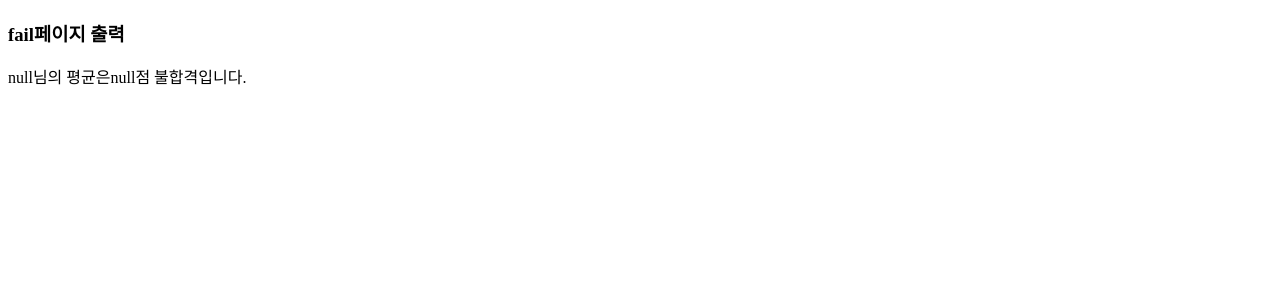
Repository: Muji1412/JSPstudy
Page: http://localhost/JSPbasic/actiontag/Quiz02_fail.jsp
The author's editor kept a copy of each file at every save. The page is drawn from the files as they stood at one save, then again after the next save.
The browser window is 1280 px wide. The pictures show the whole page.
The page is served by Tomcat 9. Nobody is signed in. The application's start-up code is not run.

Above is the page before, as saved 2025-02-21 06:05:10.

After the next save:
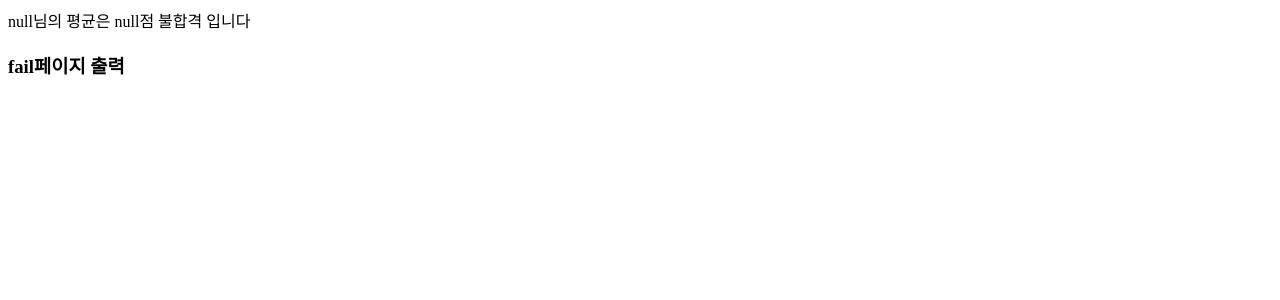
Saved 65 s later.
--- a/workspace/JSPbasic/src/main/webapp/actiontag/Quiz02_fail.jsp
+++ b/workspace/JSPbasic/src/main/webapp/actiontag/Quiz02_fail.jsp
@@ -3,7 +3,7 @@
 <%
 	String avg = (String) request.getParameter("avg");
 	String name = (String) request.getParameter("name");
-
+	out.print(name + "님의 평균은 " + avg + "점 불합격 입니다");
 %>
 <!DOCTYPE html>
 <html>
@@ -13,7 +13,7 @@
 </head>
 <body>
 	<h3>fail페이지 출력</h3>
-	<%=name %>님의 평균은<%=avg %>점 불합격입니다.
+
 
 
 </body>
